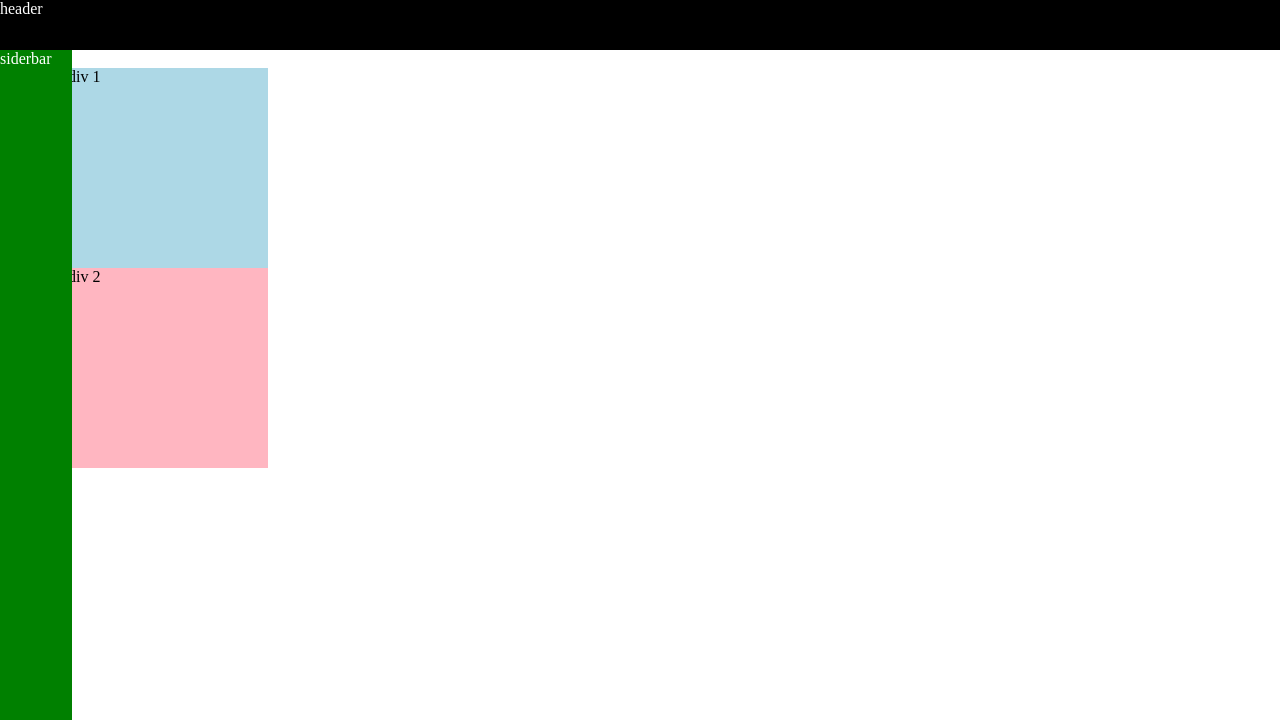
Repository: knowledgeAlan/html-css-fourteen
Page: position.html
An editor plug-in stored every save of this project. The page is shown before and after the next save, followed by the edit.
The browser window is 1280 px wide. The pictures show the whole page.

Above is the page before, as saved 2024-03-22 18:10:20.

After the next save:
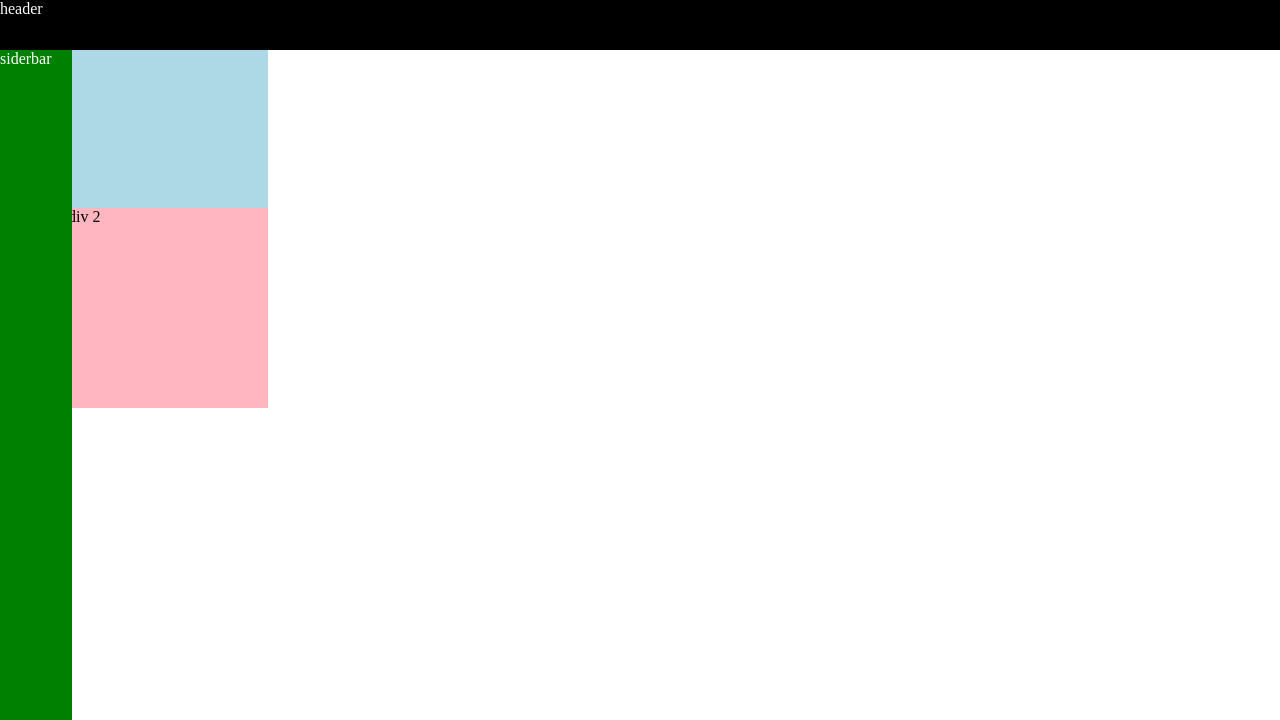
Saved 4 min 40 s later.
--- a/position.html
+++ b/position.html
@@ -8,7 +8,7 @@
 
     <body style="
         height: 300px;
-        padding-top: 60px;
+        /* padding-top: 60px; */
         padding-left: 60px;
     ">
 

After the save that followed:
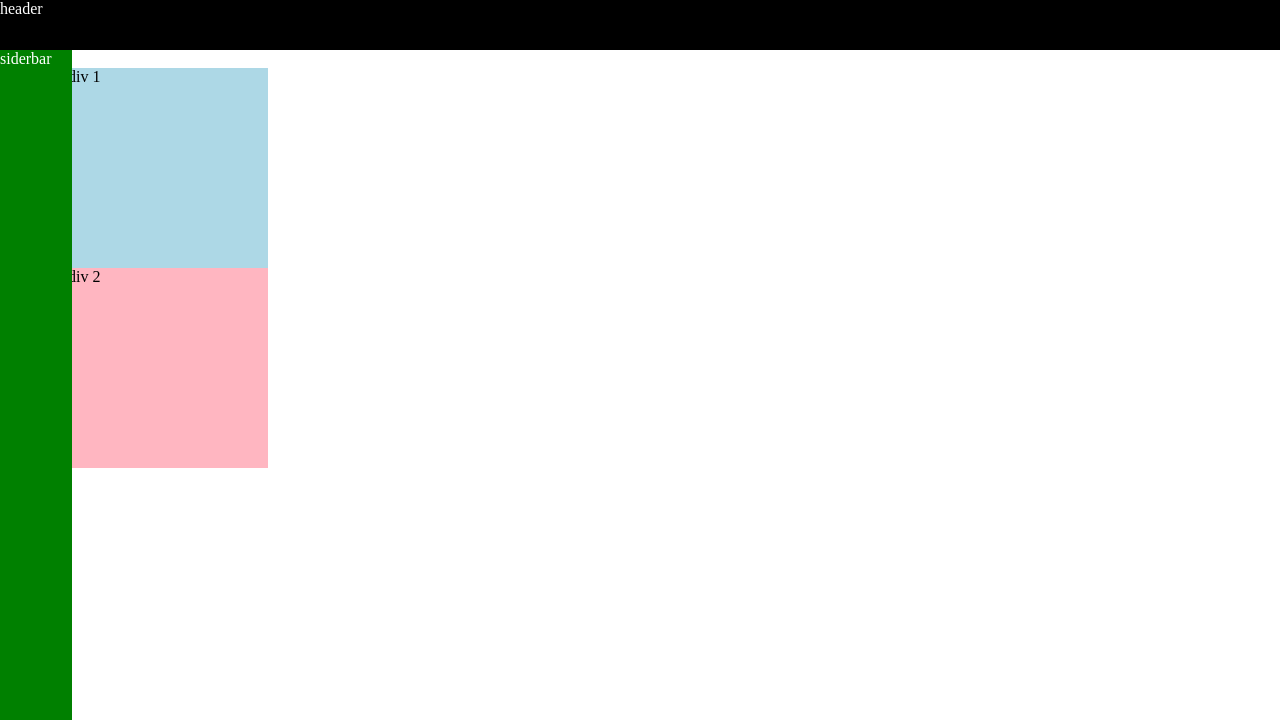
Saved 7 s later.
--- a/position.html
+++ b/position.html
@@ -8,7 +8,7 @@
 
     <body style="
         height: 300px;
-        /* padding-top: 60px; */
+        padding-top: 60px;
         padding-left: 60px;
     ">
 
